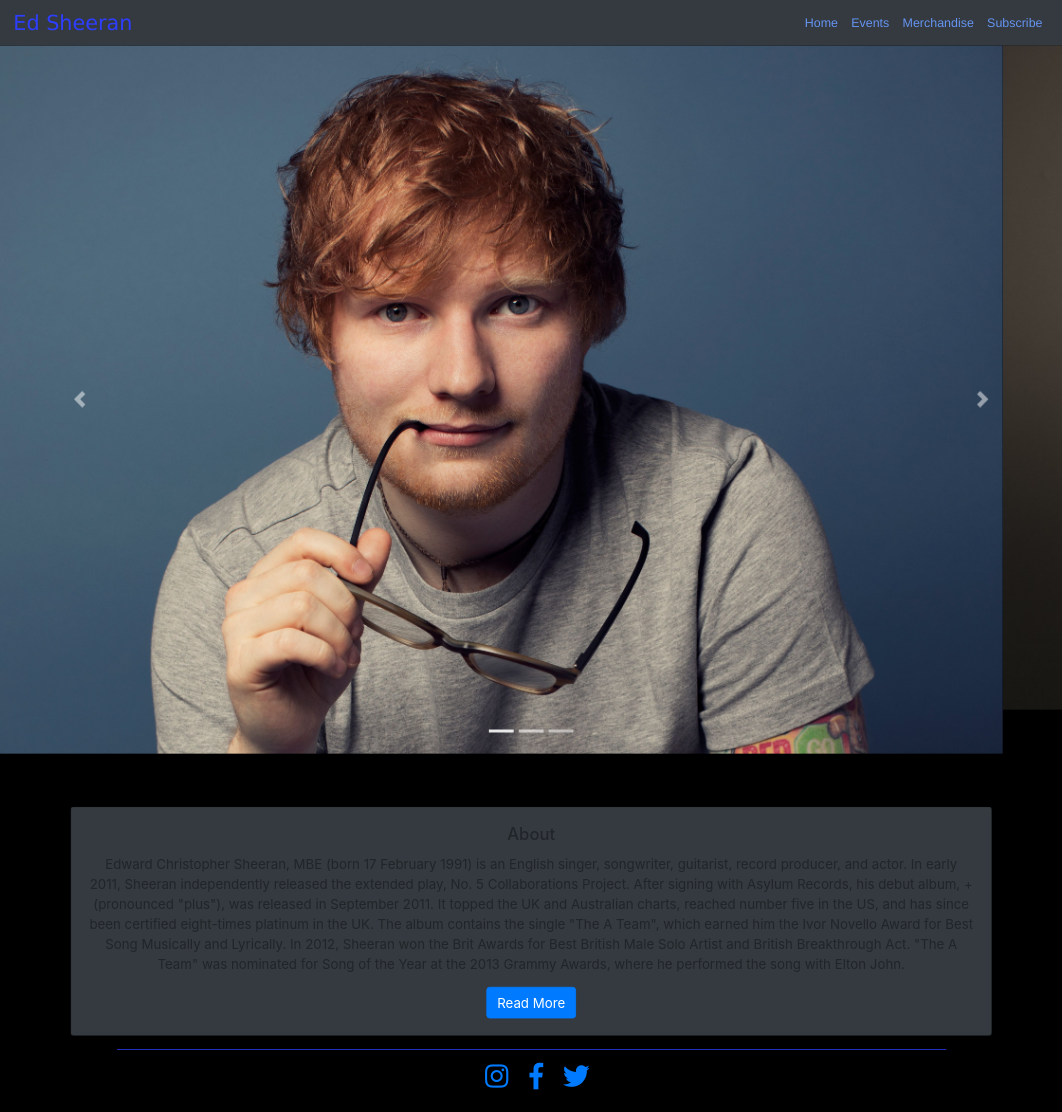
Repository: amit238/milestone-project-1
Page: index.html
The author's editor kept a record of every edit. The page is drawn from the files as they stood at one moment, then again after the next edit.
The browser window is 1280 px wide. The pictures show the whole page, at 83% of full size.
Some web libraries are served in a nearby version.

Above is the page before.

### index.html
<!DOCTYPE html>
<html lang="en">

<head>
  <meta charset="UTF-8">
  <meta name="viewport" content="width=device-width, initial-scale=1.0">
  <meta http-equiv="X-UA-Compatible" content="ie=edge">
  <link rel="stylesheet" href="https://maxcdn.bootstrapcdn.com/bootstrap/4.2.1/css/bootstrap.min.css" type="text/css" />
  <link rel="stylesheet" href="https://use.fontawesome.com/releases/v5.0.10/css/all.css" integrity="sha384-+d0P83n9kaQMCwj8F4RJB66tzIwOKmrdb46+porD/OvrJ+37WqIM7UoBtwHO6Nlg" crossorigin="anonymous">
  <link rel="stylesheet" href="assets/css/style.css">
  <title>Ed Sheeran - User Centric Frontend Project</title>
</head>

<body>
  <nav class="navbar navbar-expand-lg navbar-dark bg-dark">
    <a class="edsheeran-brand">Ed Sheeran</a>
    <button type="button" class="navbar-toggler" data-toggle="collapse" data-target="#main-menu" aria-expanded="true">
                <span class="navbar-toggler-icon"></span>
            </button>
    <div id="main-menu" class="navbar-collapse collapse">
      <ul class="navbar-nav ml-auto">
        <li class="nav-item active"><a class="nav-link" href="index.html">Home</a></li>
        <li class="nav-item"><a class="nav-link" href="events.html">Events</a></li>
        <li class="nav-item"><a class="nav-link" href="merchandise.html">Merchandise</a></li>
        <li class="nav-item"><a class="nav-link" href="subscribe.html">Subscribe</a></li>
      </ul>
    </div>
  </nav>
  <div id="carouselExampleCaptions" class="carousel slide" data-ride="carousel">
    <ol class="carousel-indicators">
      <li data-target="#carouselExampleCaptions" data-slide-to="0" class="active"></li>
      <li data-target="#carouselExampleCaptions" data-slide-to="1"></li>
      <li data-target="#carouselExampleCaptions" data-slide-to="2"></li>
    </ol>
    <div class="carousel-inner">
      <div class="carousel-item active">
        <img class="d-block w-100" src="assets/images/wallpaper.jpg" alt="First Slide">
      </div>
      <div class="carousel-item">
        <img class="d-block w-100" src="assets/images/ed-sheeran-sitting-down.jpg" alt="Second Slide">
      </div>
      <div class="carousel-item">
        <img class="d-block w-100" src="assets/images/edsheeranwall.jpg" alt="Third Slide">
      </div>
    </div>
    <a class="carousel-control-prev" href="#carouselExampleCaptions" role="button" data-slide="prev">
    <span class="carousel-control-prev-icon" aria-hidden="true"></span>
    <span class="sr-only">Previous</span>
  </a>
    <a class="carousel-control-next" href="#carouselExampleCaptions" role="button" data-slide="next">
    <span class="carousel-control-next-icon" aria-hidden="true"></span>
    <span class="sr-only">Next</span>
  </a>
  </div>
  <div class="background">
    <div class="container">
      <div class="row content-card">
        <div class="col-12">
          <div class="card">
            <div class="card-body">
              <h5 class="card-title">About</h5>
              <p class="card-text">Edward Christopher Sheeran, MBE (born 17 February 1991) is an English singer, songwriter, guitarist, record producer, and actor. In early 2011, Sheeran independently released the extended play, No. 5 Collaborations Project. After signing with
            Asylum Records, his debut album, + (pronounced "plus"), was released in September 2011. It topped the UK and Australian charts, reached number five in the US, and has since been certified eight-times platinum in the UK. The album contains
            the single "The A Team", which earned him the Ivor Novello Award for Best Song Musically and Lyrically. In 2012, Sheeran won the Brit Awards for Best British Male Solo Artist and British Breakthrough Act. "The A Team" was nominated for Song
            of the Year at the 2013 Grammy Awards, where he performed the song with Elton John.</p>
              <a href="https://en.wikipedia.org/wiki/Ed_Sheeran" class="btn btn-primary">Read More</a>
            </div>
          </div>
        </div>
      </div>
      <footer>
        <hr>
        <div class="row">
          <div class="col-12">
            <ul class="list-inline social-links">
              <li class="list-inline-item"><a target="_blank" href="https://www.facebook.com"><i></i></a>
              </li>
              <li class="list-inline-item"><a href="https://www.instagram.com/teddysphotos/?hl=en"><i class="fab fa-instagram fa-2x fa-fw"></i></a>
                <li class="list-inline-item"><a href="https://en-gb.facebook.com/EdSheeranMusic"><i class="fab fa-facebook-f fa-2x fa-fw"></i></a>
                  <li class="list-inline-item"><a href="https://twitter.com/edsheeran?lang=en"><i class="fab fa-twitter fa-2x fa-fw"></i></a>
                  </li>
            </ul>
          </div>
        </div>
      </footer>
      <script src="https://code.jquery.com/jquery-3.3.1.slim.min.js" integrity="sha384-q8i/X+965DzO0rT7abK41JStQIAqVgRVzpbzo5smXKp4YfRvH+8abtTE1Pi6jizo" crossorigin="anonymous"></script>
      <script src="https://cdnjs.cloudflare.com/ajax/libs/popper.js/1.14.6/umd/popper.min.js" integrity="sha384-wHAiFfRlMFy6i5SRaxvfOCifBUQy1xHdJ/yoi7FRNXMRBu5WHdZYu1hA6ZOblgut" crossorigin="anonymous"></script>
      <script src="https://stackpath.bootstrapcdn.com/bootstrap/4.2.1/js/bootstrap.min.js" integrity="sha384-B0UglyR+jN6CkvvICOB2joaf5I4l3gm9GU6Hc1og6Ls7i6U/mkkaduKaBhlAXv9k" crossorigin="anonymous"></script>
</body>

</html>

### assets/css/style.css
body {
    background-color: #000000;
}

/*--------------------NAVBAR--------------------*/

.navbar.navbar-expand-lg.navbar-dark.bg-dark .edsheeran-brand {
    color: #2E3EFF;
    font-family: Verdana, sans-serif;
    font-size: 25px;
    font-weight: 500;

}

.navbar.navbar-expand-lg.navbar-dark.bg-dark .nav-link {
    color: #6594F1;
    font-family: Helvetica, sans-serif;
    font-size: 15px;
    font-weight: 300;
}

/*----------INDEX-----------*/

/*--------------------CAROUSEL--------------------*/

.size {
    width: 100%;
}

/*-------------------BACKGROUND--------------------*/

.background {
    background-image: url("../../edsheeranblack.png");
    background-repeat: no-repeat;
    background-position: top right;
    height: 25em;
}

/*--------------------CONTAINER--------------------*/

.container {
    position: relative;
    top: 2em;
    margin-bottom: 5em;
    margin-top: 2em;
}

/*--------------------ABOUT--------------------*/

.card {
    /*position: relative;*/
    /*right: 5em;*/
    background-color: #343a40;
    text-align: center;

}



/*--------------------AUDIO--------------------*/

.audio-card {
    width: 15em;
}

/*--------------------ALBUM--------------------*/

/*--------------------FOOTER--------------------*/

.list-inline {
    text-align: center;
}

footer hr {
    background: #2E3EFF;
    width: 90%;
}

/*--------------------MEDIA QUERIES_INDEX--------------------*/

@media screen and (min-width: 1380px) {

    .card {
        width: 65%;
    }

    .audio-card {
        width: 15em;
    }

}

@media only screen and (max-width: 1380px) {
    .background {
        background-image: none;
    }

    /*.card {*/
    /*    position: relative;*/
    /*    left: 0em;*/
    /*}*/



    /*--------------------EVENTS--------------------*/
    .events {
        font-family: Verdana, sans-serif;
        text-align: center;
        color: #2E3EFF;
        font-size: 400%;
        font-weight: 800;
    }

    /*--------------------MERCHANDISE--------------------*/
    .Merchandise {
        font-family: Verdana, sans-serif;
        text-align: center;
        color: #2E3EFF;
        font-size: 400%;
        font-weight: 800;
    }

    .NewMerch {
        text-align: center;
        color: #6594F1;
        font-weight: 600;
        font-family: Helvetica, sans-serif;
        padding: 1em;
    }

    .best-sell {
        font-family: Helvetica, sans-serif;
        text-align: center;
        color: #6594F1;
        font-size: 400%;
        font-weight: 600;
        padding: 1em;
    }


    /*--------------------MEDIA QUERIES_MERCH--------------------*/
    /*--------------------SUBSCRIBE--------------------*/
    .Subscribe {
        font-family: Verdana, sans-serif;
        text-align: center;
        color: #2E3EFF;
        font-size: 400%;
        font-weight: 800;
    }

After the next edit:
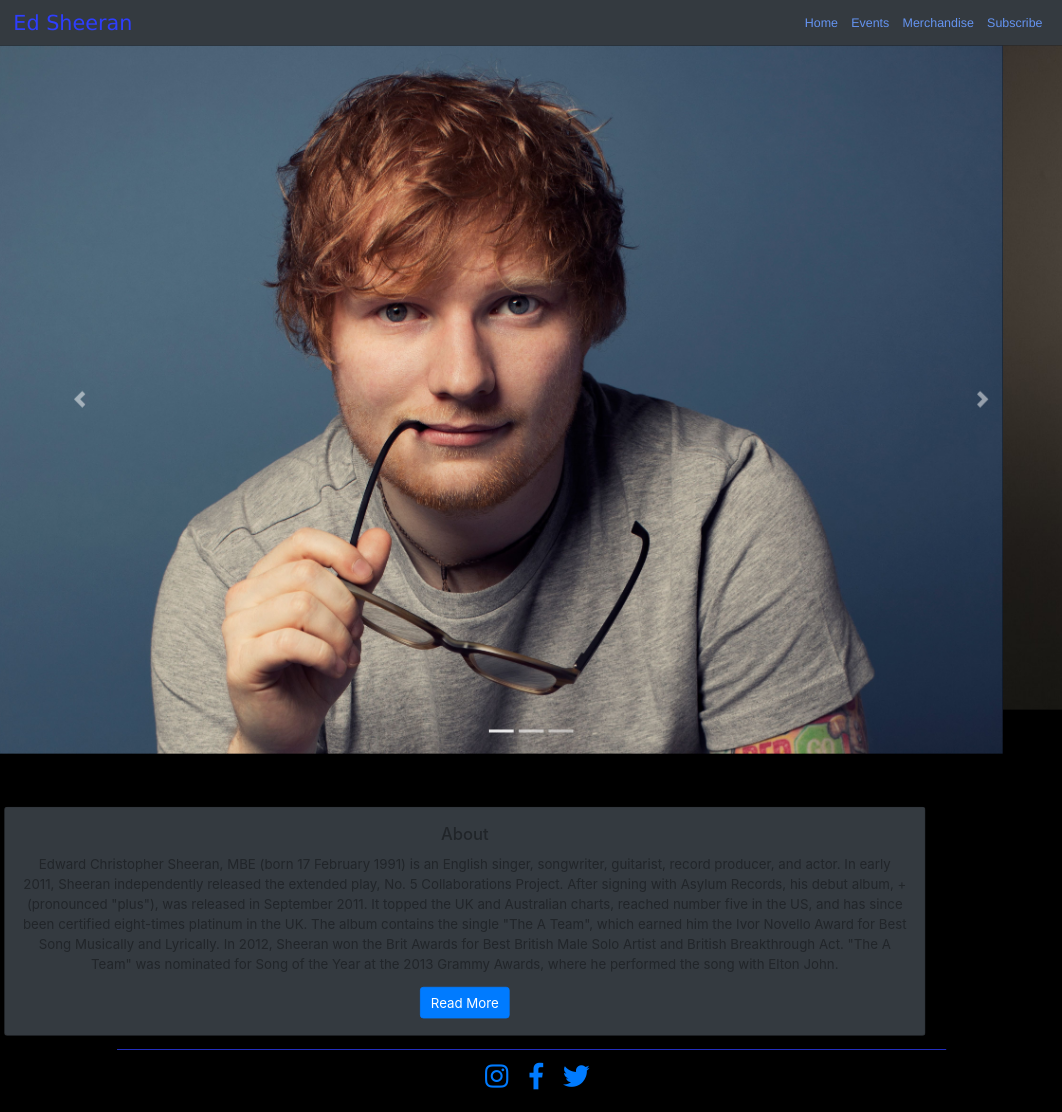
The edit:
--- a/assets/css/style.css
+++ b/assets/css/style.css
@@ -48,8 +48,8 @@
 /*--------------------ABOUT--------------------*/
 
 .card {
-    /*position: relative;*/
-    /*right: 5em;*/
+    position: relative;
+    right: 5em;
     background-color: #343a40;
     text-align: center;
 
